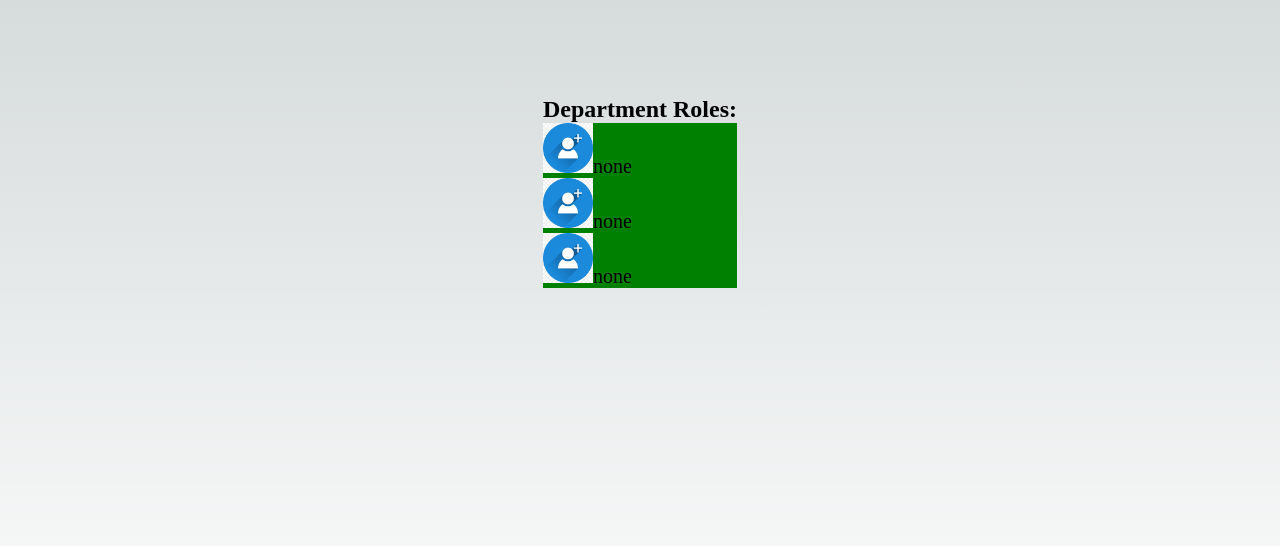
Repository: anikagrewal/week3example
Page: /about
These files come from the project's save history. The page is drawn as it stood at one moment and after the next save; the edit follows.
The browser window is 1280 px wide. The pictures show the whole page.
The project was rebuilt for these pictures with package versions that can differ from the ones it lists, and the page was loaded fresh each time. The framework's server and built-in components were replaced by stand-ins that run in the browser. Also part of the build but not shown: next.config.js.

Above is the page before, as saved 2023-01-18 14:09:07.

After the next save:
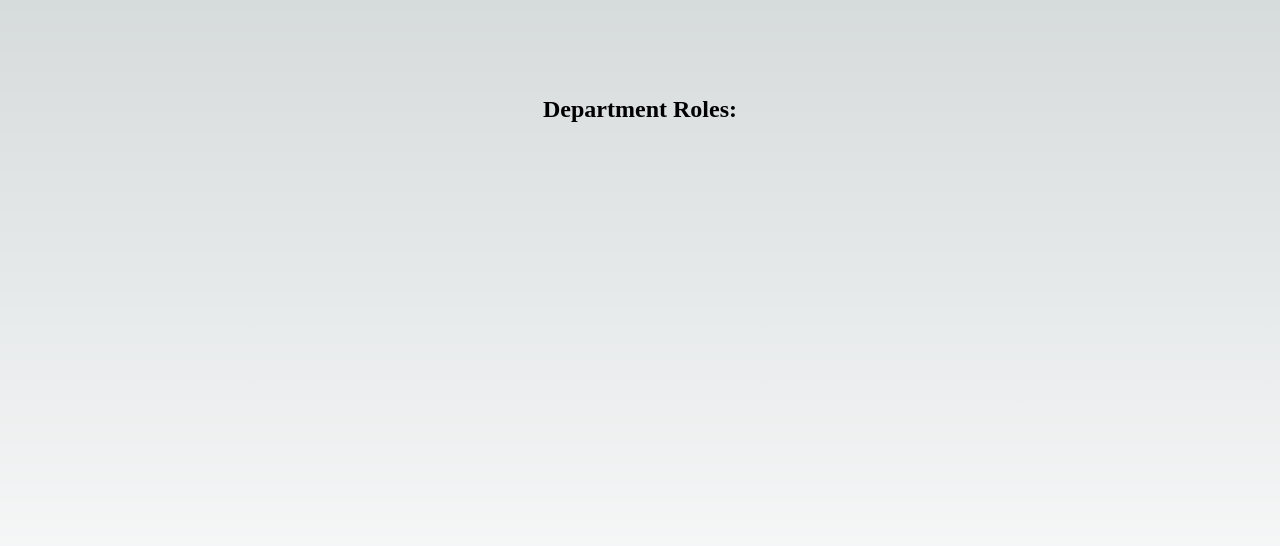
Saved 83 s later.
--- a/data/workplace.json
+++ b/data/workplace.json
@@ -4,7 +4,7 @@
     "firstName": "Joe",
     "gpa": 3.2,
     "role": "HTML",
-    "department": "Frontend Developer",
+    "section": "Frontend Developer",
     "startDate": 2021
 },
 {
@@ -12,7 +12,7 @@
     "firstName": "Alice",
     "gpa": 3.9,
     "role": "Next.js",
-    "department": "Frontend Developer",
+    "section": "Frontend Developer",
     "startDate": 2020
 },
 {
@@ -20,7 +20,7 @@
     "firstName": "Jane",
     "gpa": 3.2,
     "role": "Javascript",
-    "department": "Frontend Developer",
+    "section": "Frontend Developer",
     "startDate": 2022
 }
 ]
